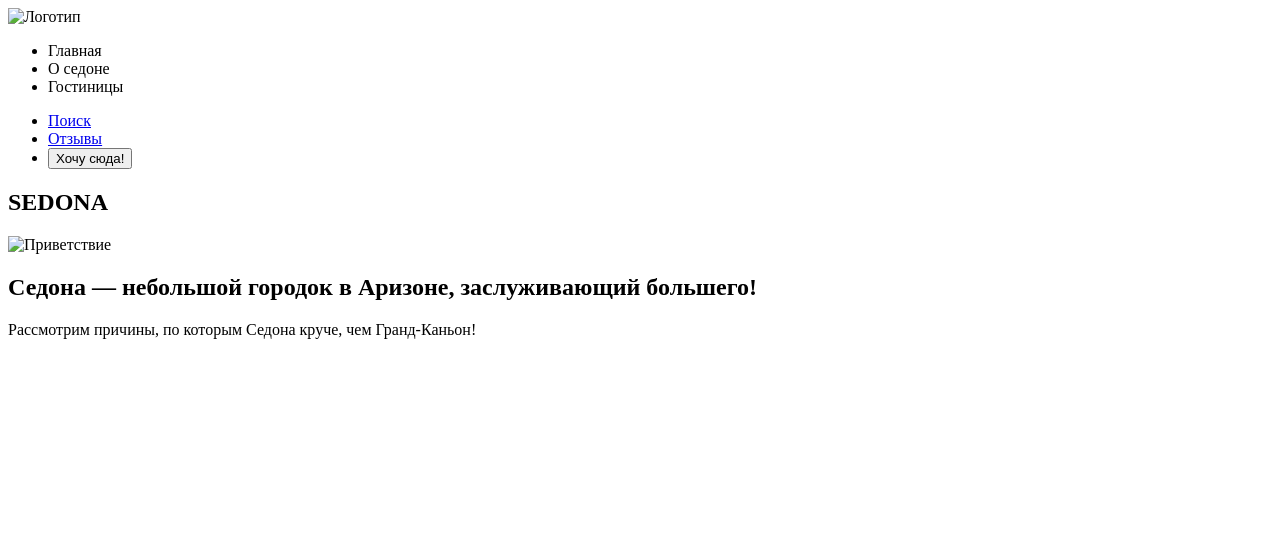
Repository: iKrekus/isedona
Page: index.html
The author's editor kept a copy of each file at every save. The page is drawn from the files as they stood at one save, then again after the next save.
The browser window is 1280 px wide. The pictures show the whole page.

Above is the page before, as saved 2022-09-24 20:33:59.

### index.html
<!DOCTYPE html>
<html lang="ru">
  <head>
    <meta charset="utf-8">
    <title>HTML Academy: Седона</title>
  </head>
  <body>
<header class="main-header">
  <img src="#" alt="Логотип" class="logo">
<nav class="navigation">
  <ul class="navigation-list">
    <li class="navigation-item">Главная</li>
    <li class="navigation-item">О седоне</li>
    <li class="navigation-item">Гостиницы </li>
  </ul>
  <ul class="navigation-list navigation-user">
    <li class="navigation-item">
      <a href="#" class="navigation-link">
        <span class="visuality-hidden">Поиск</span>
      </a>
    </li>
    <li class="navigation-item">
      <a href="#" class="navigation-link">
        <span class="visuality-hidden">Отзывы</span>
      </a>
    </li>
    <li class="navigation-item">
      <button class="button-buy">Хочу сюда!</button>
    </li>
  </ul>
</nav>
<main class="main-index">
  <section class="hero">
    <h1 class="visuality-hidden">SEDONA</h1>
      <img class="hero-logo" src="#" alt="Приветствие">
      <div class="hero-logo-line"></div>
        <aside class="hero-text">
          <h2 class="hero-title">Седона — небольшой городок в Аризоне, заслуживающий большего!</h2>
          <p class="hero-paragraph">Рассмотрим причины, по которым Седона круче, чем Гранд-Каньон!</p>
        </aside>
  </section>
</main>
</header>
  </body>
</html>

After the next save:
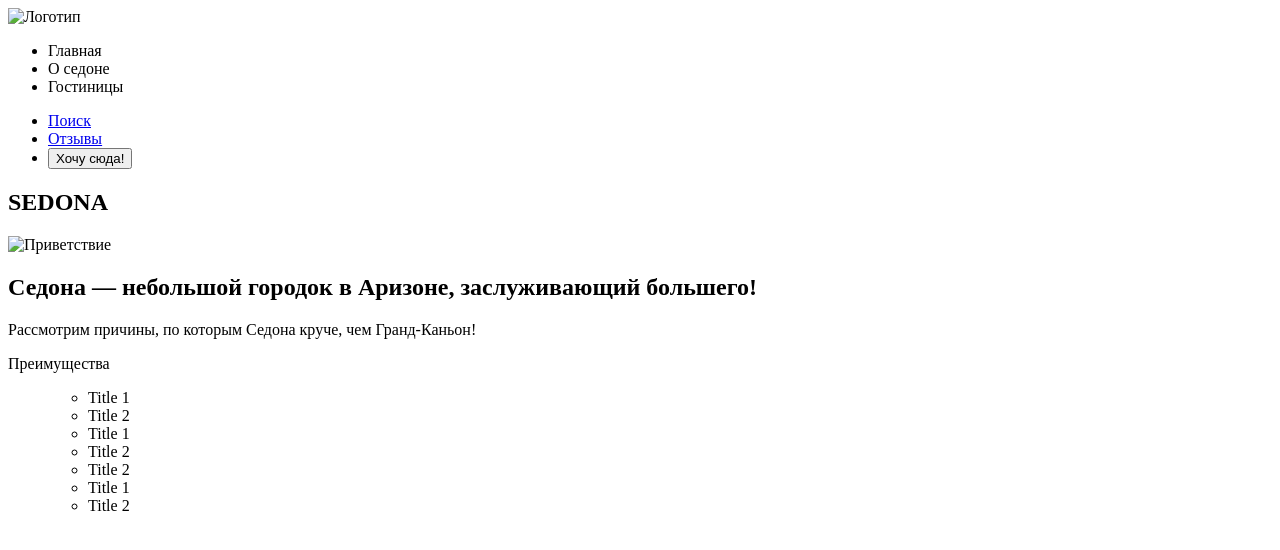
Saved 15 min 45 s later.
--- a/index.html
+++ b/index.html
@@ -34,10 +34,26 @@
     <h1 class="visuality-hidden">SEDONA</h1>
       <img class="hero-logo" src="#" alt="Приветствие">
       <div class="hero-logo-line"></div>
-        <aside class="hero-text">
-          <h2 class="hero-title">Седона — небольшой городок в Аризоне, заслуживающий большего!</h2>
-          <p class="hero-paragraph">Рассмотрим причины, по которым Седона круче, чем Гранд-Каньон!</p>
-        </aside>
+      <h2 class="hero-title">Седона — небольшой городок в Аризоне, заслуживающий большего!</h2>
+      <p class="hero-paragraph">Рассмотрим причины, по которым Седона круче, чем Гранд-Каньон!</p>
+  </section>
+  <section class="advantages">
+    <span class="visually-hidden">Преимущества</span>
+    <ul class="advantages-list">
+      <ul class="advantages-sublist-one-of-three">
+        <li class="advantages-sublist-item">Title 1</li>
+        <li class="advantages-sublist-item">Title 2</li>
+      </ul>
+      <ul class="advantages-sublist-two-of-three">
+        <li class="advantages-sublist-item">Title 1</li>
+        <li class="advantages-sublist-item">Title 2</li>
+        <li class="advantages-sublist-item">Title 2</li>
+      </ul>
+      <ul class="advantages-sublist-three-of-three">
+        <li class="advantages-sublist-item">Title 1</li>
+        <li class="advantages-sublist-item">Title 2</li>
+      </ul>
+    </ul>
   </section>
 </main>
 </header>
